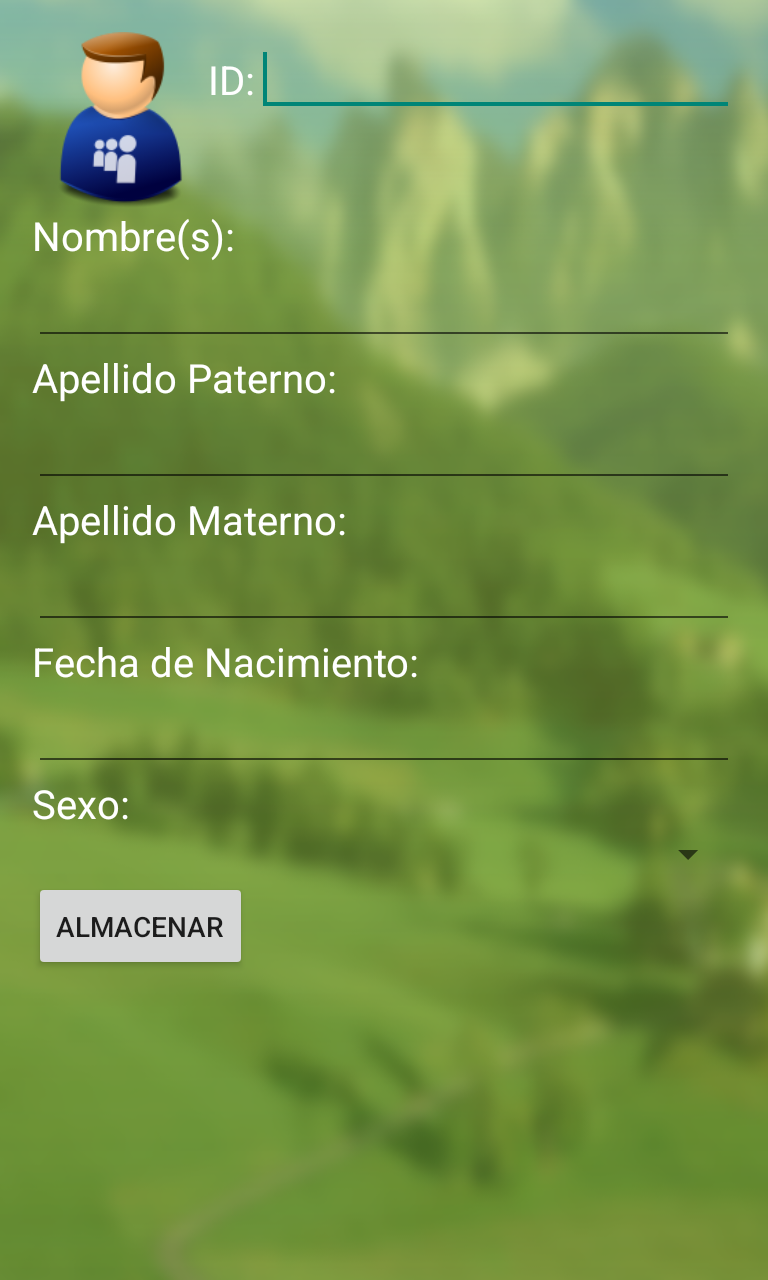
Repository: AntonioloNeviani/ProyectoDeInvestigacion_Android
Layout: FiliiStude/res/layout/activity_nuevo_usuario.xml
An editor plug-in stored every save of this project. The layout is shown before and after the next save, followed by the edit.
It is drawn on a 768 x 1280 px phone screen (xhdpi) without system bars, with theme AppTheme; the app's code is not run.

Above is the layout before, as saved 2015-05-26 09:05:56.

After the next save:
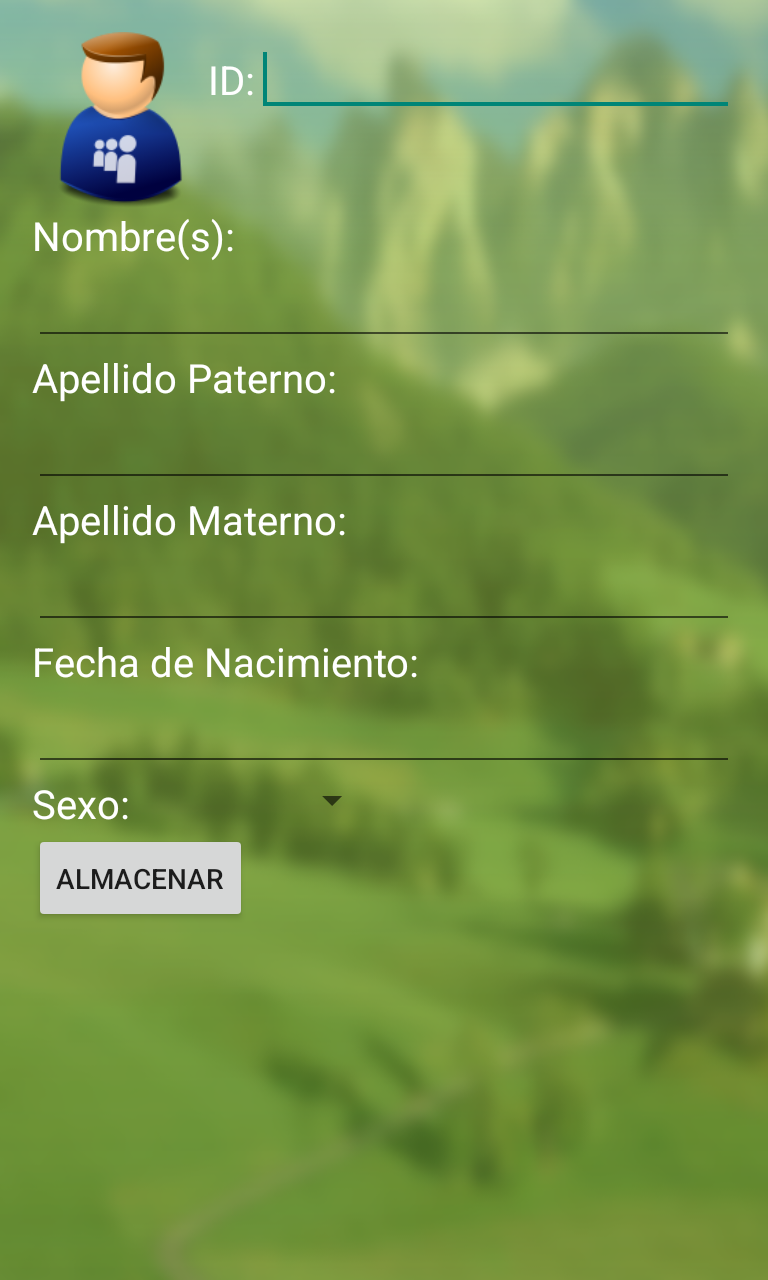
Saved 87 s later.
--- a/FiliiStude/res/layout/activity_nuevo_usuario.xml
+++ b/FiliiStude/res/layout/activity_nuevo_usuario.xml
@@ -115,20 +115,25 @@
             android:textColor="#FFFFFF"
             android:textSize="20sp" />
 
-        <TextView
-            android:id="@+id/textView6"
-            android:layout_width="wrap_content"
-            android:layout_height="wrap_content"
-            android:text="Sexo: "
-            android:textColor="#FFFFFF"
-            android:textSize="20sp" />
+        <LinearLayout
+            android:layout_width="match_parent"
+            android:layout_height="wrap_content" >
 
-        <Spinner
-            android:id="@+id/sexo"
-            android:layout_width="match_parent"
-            android:layout_height="wrap_content"
-            android:textColor="#FFFFFF"
-            android:textSize="20sp" />
+            <TextView
+                android:id="@+id/textView6"
+                android:layout_width="wrap_content"
+                android:layout_height="wrap_content"
+                android:text="Sexo: "
+                android:textColor="#FFFFFF"
+                android:textSize="20sp" />
+
+            <Spinner
+                android:id="@+id/sexo"
+                android:layout_width="120dp"
+                android:layout_height="wrap_content"
+                android:textColor="#FFFFFF"
+                android:textSize="20sp" />
+        </LinearLayout>
 
         <LinearLayout
             android:layout_width="match_parent"
